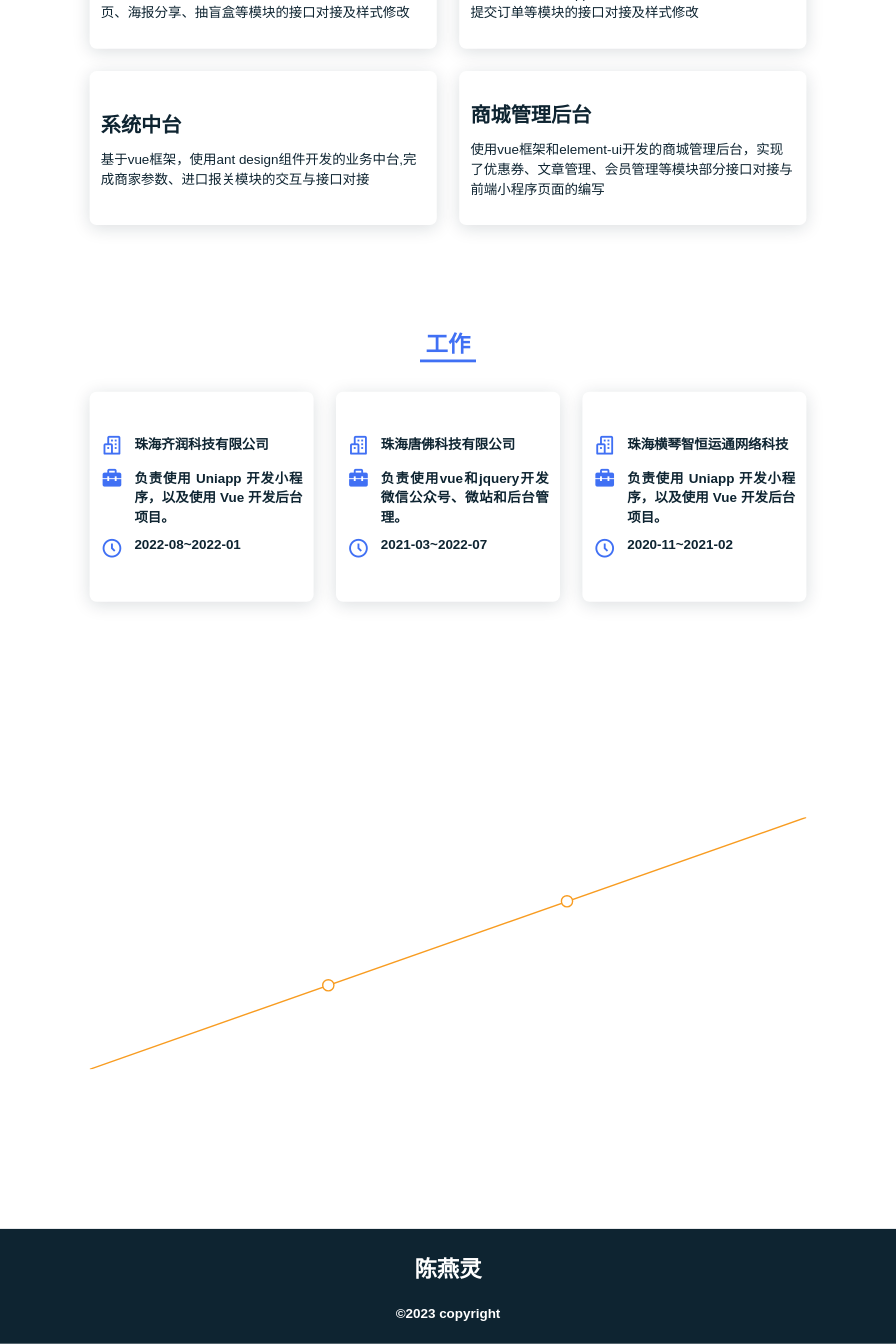
Repository: alinlinbo/yanling-resume-site
Page: index.html
An editor plug-in stored every save of this project. The page is shown before and after the next save, followed by the edit.
The browser window is 1280 px wide. The pictures show the part of the page from y = 2671 to 4591 px (the page is 4591 px tall), at 70% of full size.

Above is the page before, as saved 2023-09-22 18:33:07.

After the next save:
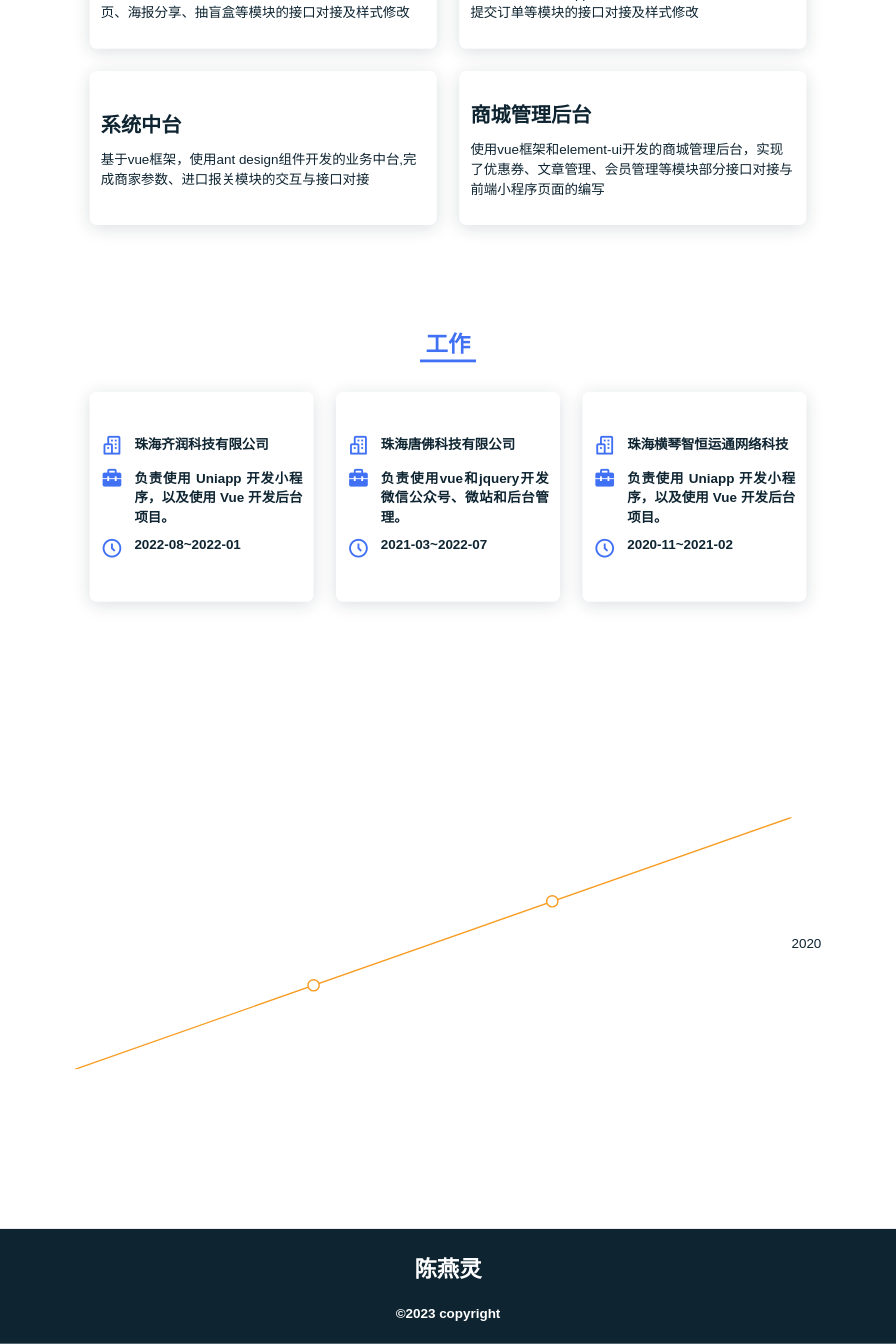
Saved 3 min 36 s later.
--- a/index.html
+++ b/index.html
@@ -333,7 +333,13 @@
                     <circle class="d-none" id="c1" cx="200" cy="50" r="8" stroke="#F89C21" stroke-width="2" fill="white" />
                     <circle class="d-none" id="c2" cx="100" cy="50" r="8" stroke="#F89C21" stroke-width="2" fill="white" />
                 </svg>
-            </div>
+                <div class="work__list">
+                    <div class="work__item">
+                        <year>2020</year>
+                    </div>
+                </div>
+            </div>
+
 
         </section>
 
